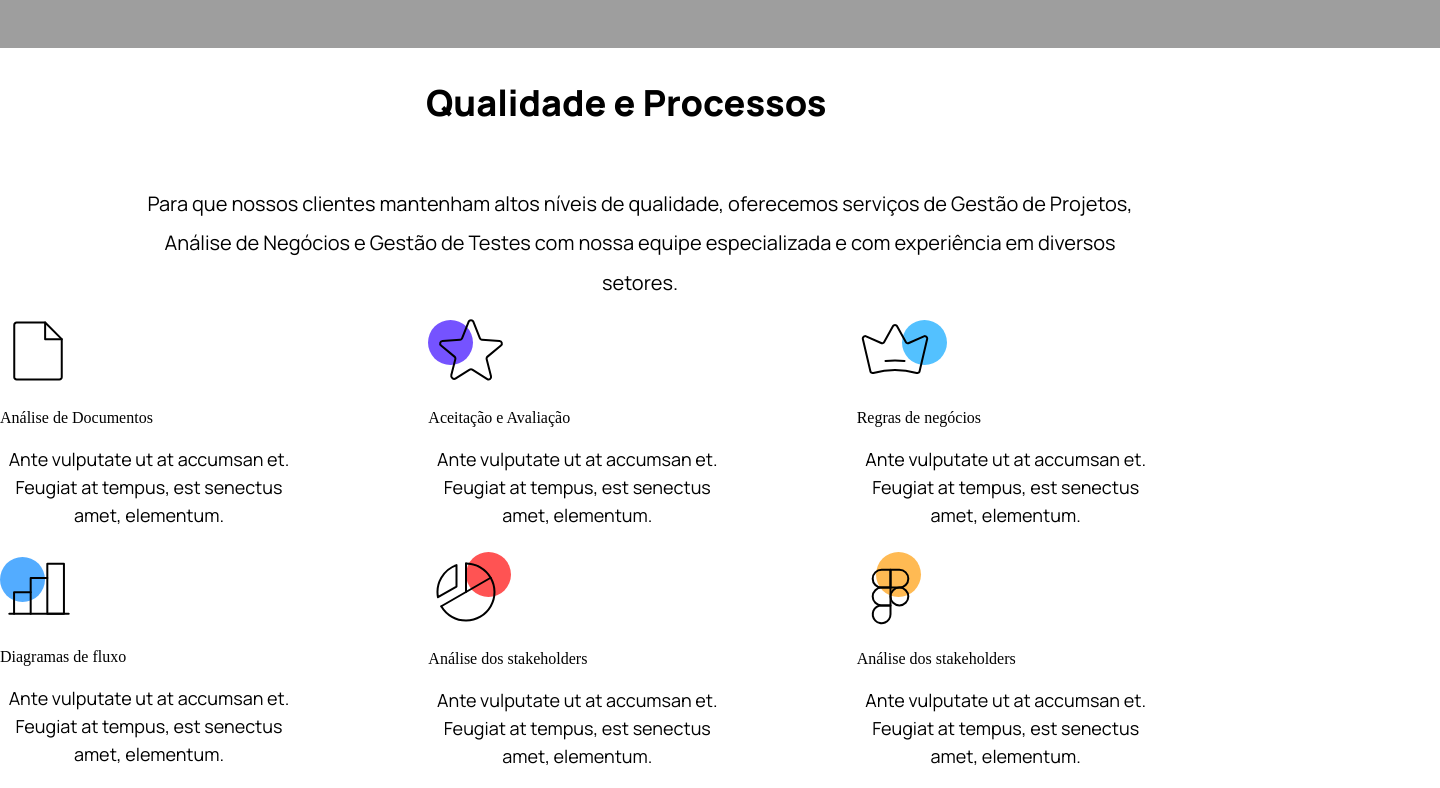
Repository: kleber-goncalves/Landing-Page-Gestao-de-projetos-dnc
Page: index.html
An editor plug-in stored every save of this project. The page is shown before and after a run of saves, followed by the edit.
The browser window is 1280 px wide. The page is 1440 px wide, so the pictures cover 1440 px, including what lies to the right of the window. The pictures show the part of the page from y = 706 to 1546 px (the page is 1494 px tall before and 1546 px after).
Pictures or frames that could not be fetched are drawn as grey boxes.

Above is the page before, as saved 2025-01-04 16:38:31.

After the next 3 saves:
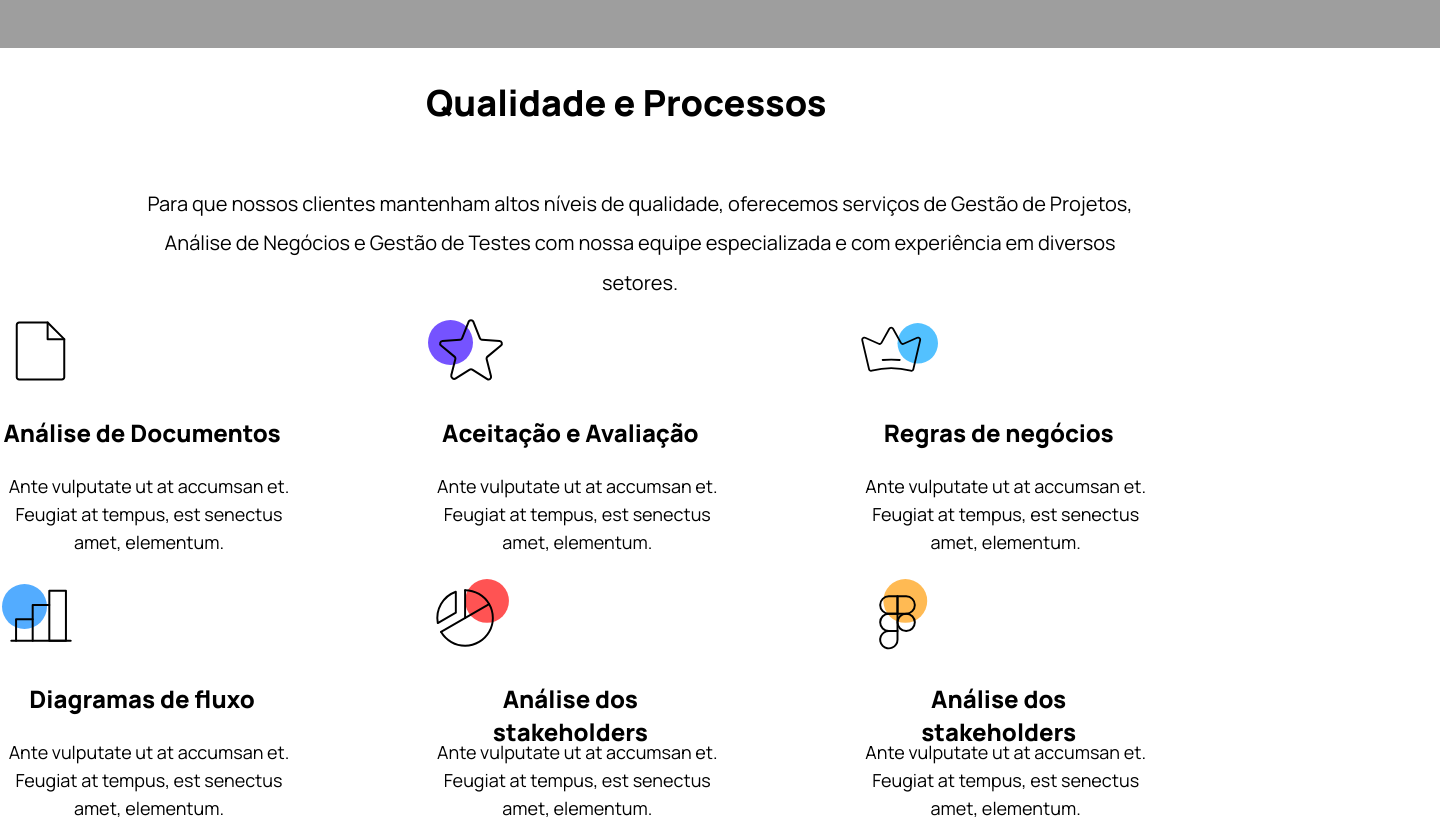
The 3 saves are shown as one change because they came seconds apart.
The last was saved 9 s later.
--- a/style.css
+++ b/style.css
@@ -88,14 +88,13 @@ body {
 
 
 .img-icons {
-
+    width: 81px;
+    height: 76px;
+    top: 1160px;
+    left: 672px;
+    gap: 0px;
+    opacity: 0px;
 }
-width: 81px;
-height: 76px;
-top: 1160px;
-left: 672px;
-gap: 0px;
-opacity: 0px;
 
 
 .txt-icons {
